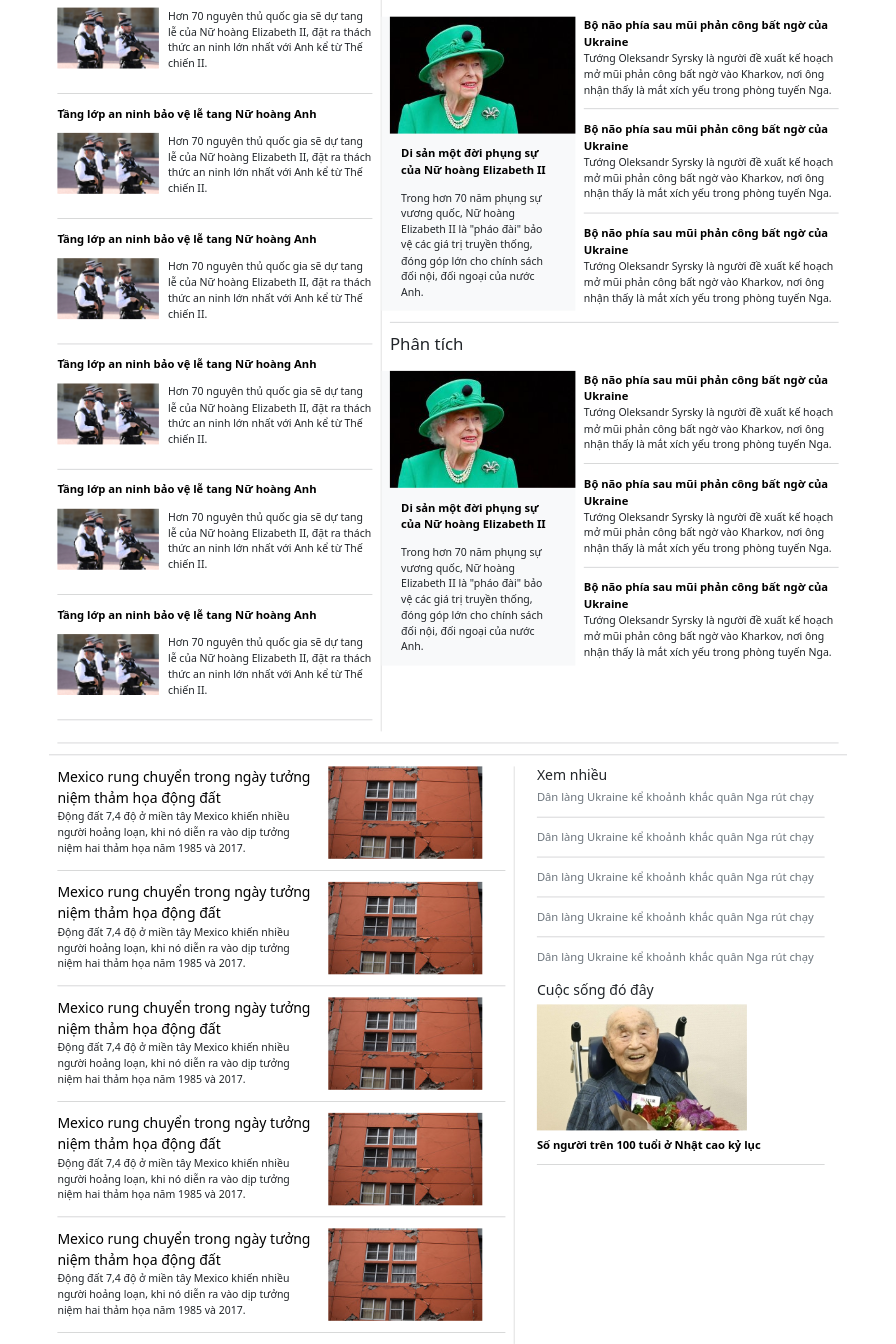
Repository: trongtamdev/lession1_html_sleepcloud
Page: vnExpress.html
The author's editor kept a copy of each file at every save. The page is drawn from the files as they stood at one save, then again after a run of saves.
The browser window is 1280 px wide. The pictures show the part of the page from y = 707 to 2627 px (the page is 2627 px tall), at 70% of full size.

Above is the page before, as saved 2022-09-20 15:39:10.

After the next 2 saves:
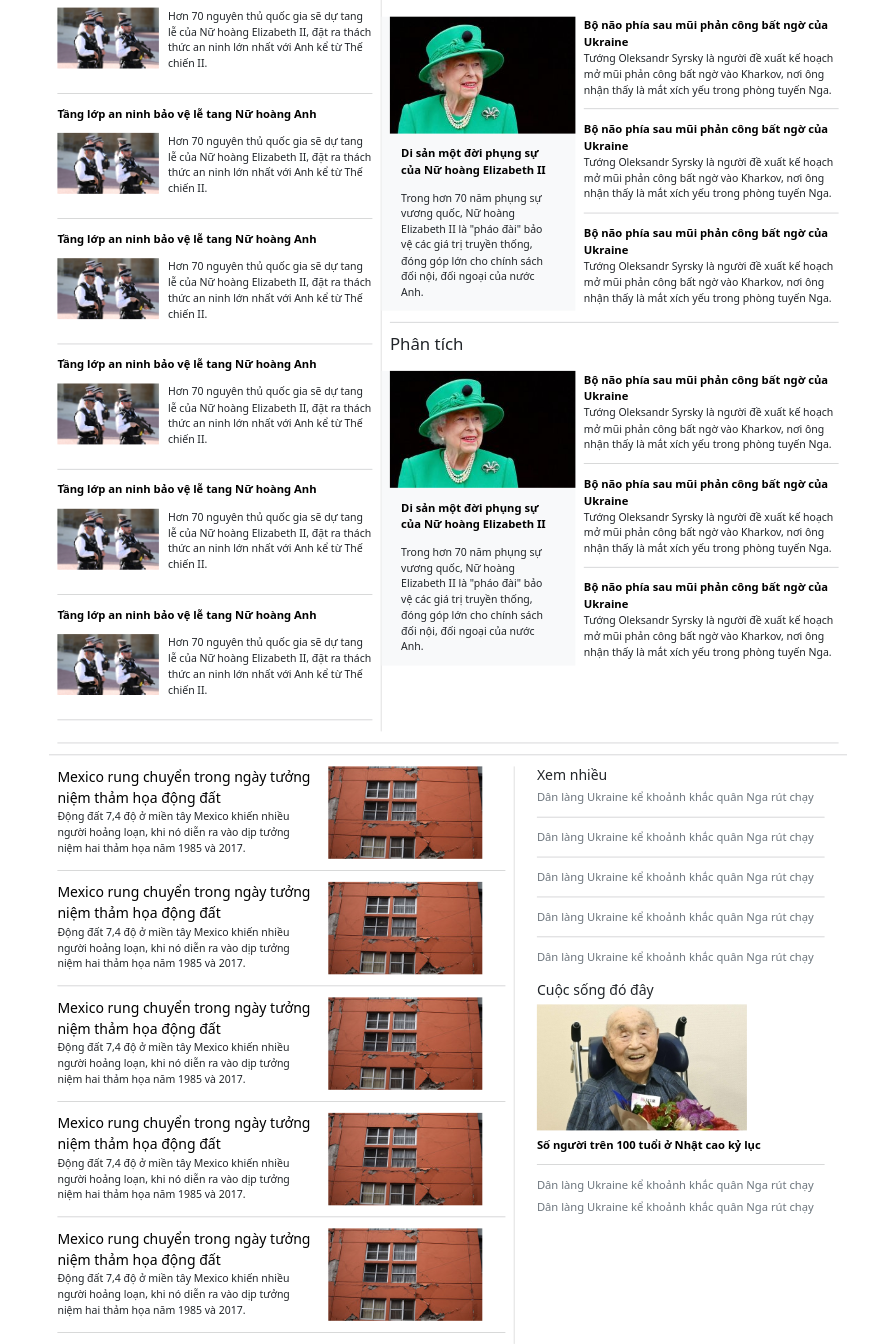
The 2 saves are shown as one change because they came seconds apart.
The last was saved 16 s later.
--- a/vnExpress.html
+++ b/vnExpress.html
@@ -504,6 +504,16 @@
                 >
               </div>
               <hr />
+              <div class="my-2">
+                <a class="text-muted" href="#"
+                  >Dân làng Ukraine kể khoảnh khắc quân Nga rút chạy
+                </a>
+              </div>
+              <div class="my-2">
+                <a class="text-muted" href="#"
+                  >Dân làng Ukraine kể khoảnh khắc quân Nga rút chạy
+                </a>
+              </div>
             </div>
           </div>
         </div>
